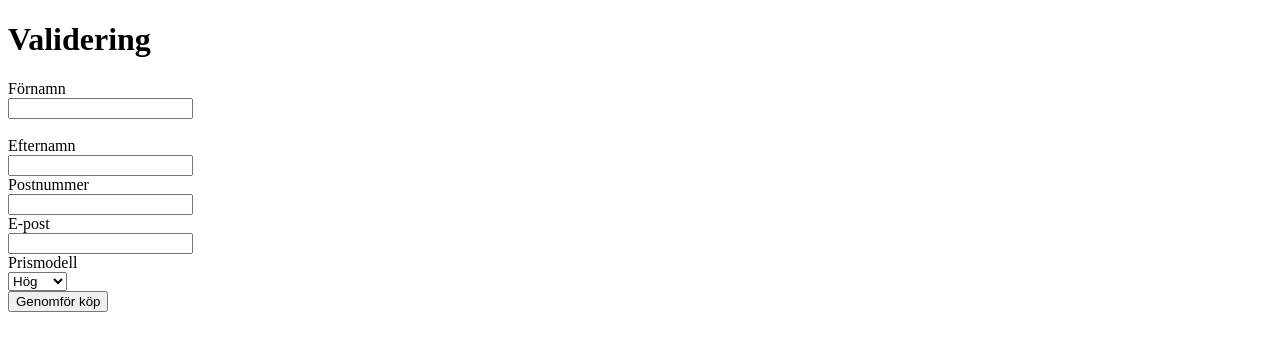
Repository: LindaOtt/1dv403-lo222hd-laborationer
Page: 4-thequiz/index.html
The author's editor kept a record of every edit. The page is drawn from the files as they stood at one moment, then again after the next edit.
The browser window is 1280 px wide. The pictures show the whole page.

Above is the page before.

After the next edit:
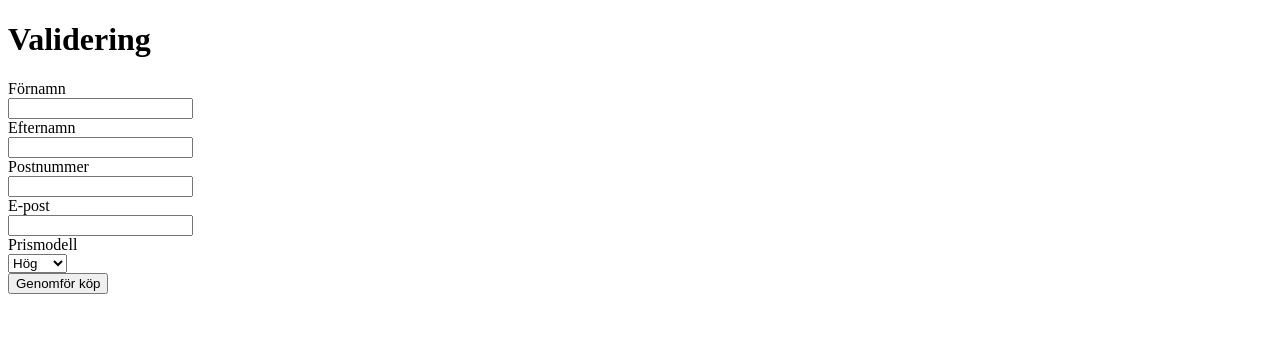
The edit:
--- a/4-thequiz/index.html
+++ b/4-thequiz/index.html
@@ -10,8 +10,8 @@
         <h1>Validering</h1>
             <form action="http://voyager.lnu.se/tekinet/kurser/dtt/wp_webbteknik/process_form.php" method="post">
                 <label id="fornamnlabel" for="fornamn">Förnamn</label>
-                <input id="fornamn" name="fornamn" onfocus="Validator.removeMessage('errormessage')" onblur="Validator.validate('fornamn')" type="text">
-                <div id="errormessage"></div>
+                <input id="fornamn" name="fornamn" onfocus="Validator.removeMessage('errormessage1')" onblur="Validator.validate('fornamn')" type="text">
+                <div id="errormessage1"></div>
 
                 <label for="efternamn">Efternamn</label>
                 <input id="efternamn" name="efternamn" onfocus="Validator.removeMessage('errormessage2')" onblur="Validator.validate('fornamn')" type="text">
